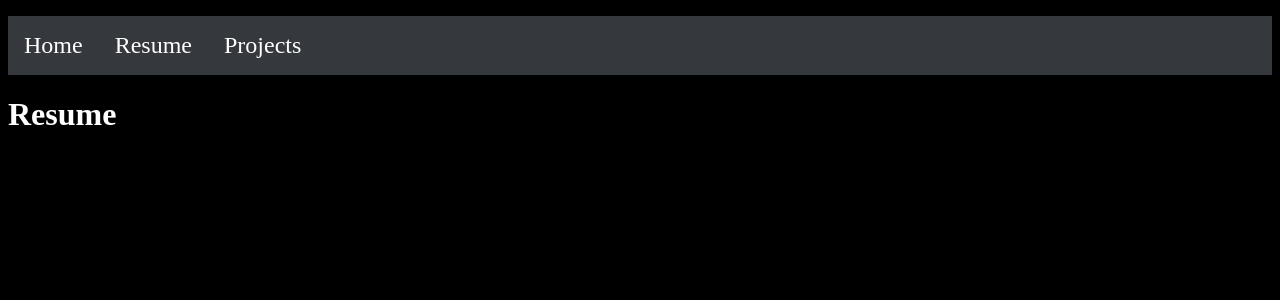
Repository: MasonSingleterry/MasonSingleterry.github.io
Page: project1.html
The author's editor kept a record of every edit. The page is drawn from the files as they stood at one moment, then again after the next edit.
The browser window is 1280 px wide. The pictures show the whole page.

Above is the page before.

### project1.html
<!DOCTYPE html>
<html>
    <head>
        <title>Resume</title>
        <link rel = "stylesheet" type = "text/css" href = "style.css"
    </head>
    <body class = "body">
        <ul class = "navbar">
            <li><a href = "/index.html">Home</a></li>
            <li><a href = "resume.html">Resume</a></li>
            <li class = "dropdown">
                <div>Projects</div>
                <ul class = "dropdown-content">
                    <li><a href = "#">project 1</a></li>
                    <li><a href = "#">project 2</a></li>
                    <li><a href = "#">project 3</a></li>
                </ul>
            </li>

        </ul>
        <h1>Resume</h1>
    </body>
</html>

### style.css
            /*RESUME*/
            .body {
                background-color: #000000;
                color: #FFFFFF;
            }

            .navbar {
                list-style: none;
                background-color: #35383d;
                overflow: hidden;
                padding: 0;
            }

            .navbar a, .dropdown div {
                text-decoration: none;
                color: #ffffff;
                font-size: 24px;
                padding: 16px;
                display: inline-block;
            }

            .navbar li {
                float: left;
            }

            .navbar li:hover {
                background-color: #7FFF00;
            }

            .dropdown-content {
                list-style: none;
                padding: 0;
                display: none;
                position: absolute;
                Z-index: 1;
            }
            .dropdown-content li {
                background-color: #35383d;
                float: none;
            }

            .dropdown:hover .dropdown-content {
                display: block;
            }

            .active {
                background-color: blue;
            }
            /*Index*/
            .body {
                background-color: #000000;
                color: #FFFFFF;
            }

            .navbar {
                list-style: none;
                background-color: #35383d;
                overflow: hidden;
                padding: 0;
            }

            .navbar a, .dropdown div {
                text-decoration: none;
                color: #ffffff;
                font-size: 24px;
                padding: 16px;
                display: inline-block;
            }

            .navbar li {
                float: left;
            }

            .navbar li:hover {
                background-color: #7FFF00;
            }

            .dropdown-content {
                list-style: none;
                padding: 0;
                display: none;
                position: absolute;
                Z-index: 1;
            }
            .dropdown-content li {
                background-color: #35383d;
                float: none;
            }

            .dropdown:hover .dropdown-content {
                display: block;
            }

            .active {
                background-color: blue;
            }

After the next edit:
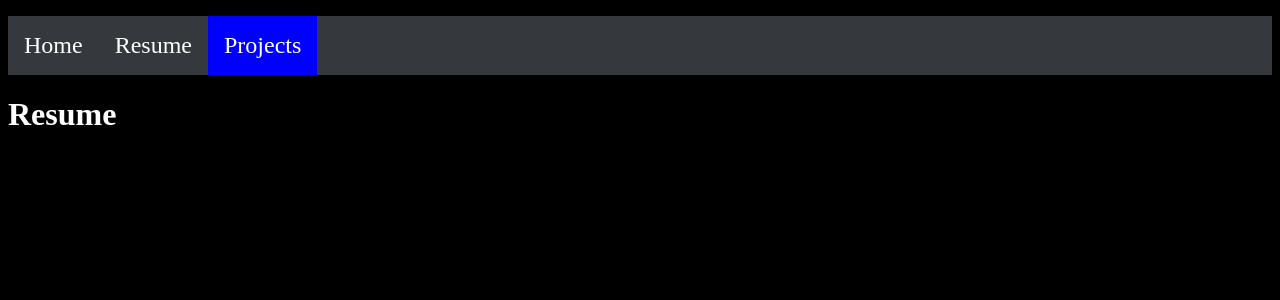
The edit:
--- a/project1.html
+++ b/project1.html
@@ -9,7 +9,7 @@
             <li><a href = "/index.html">Home</a></li>
             <li><a href = "resume.html">Resume</a></li>
             <li class = "dropdown">
-                <div>Projects</div>
+                <div class = "active">Projects</div>
                 <ul class = "dropdown-content">
                     <li><a href = "#">project 1</a></li>
                     <li><a href = "#">project 2</a></li>
